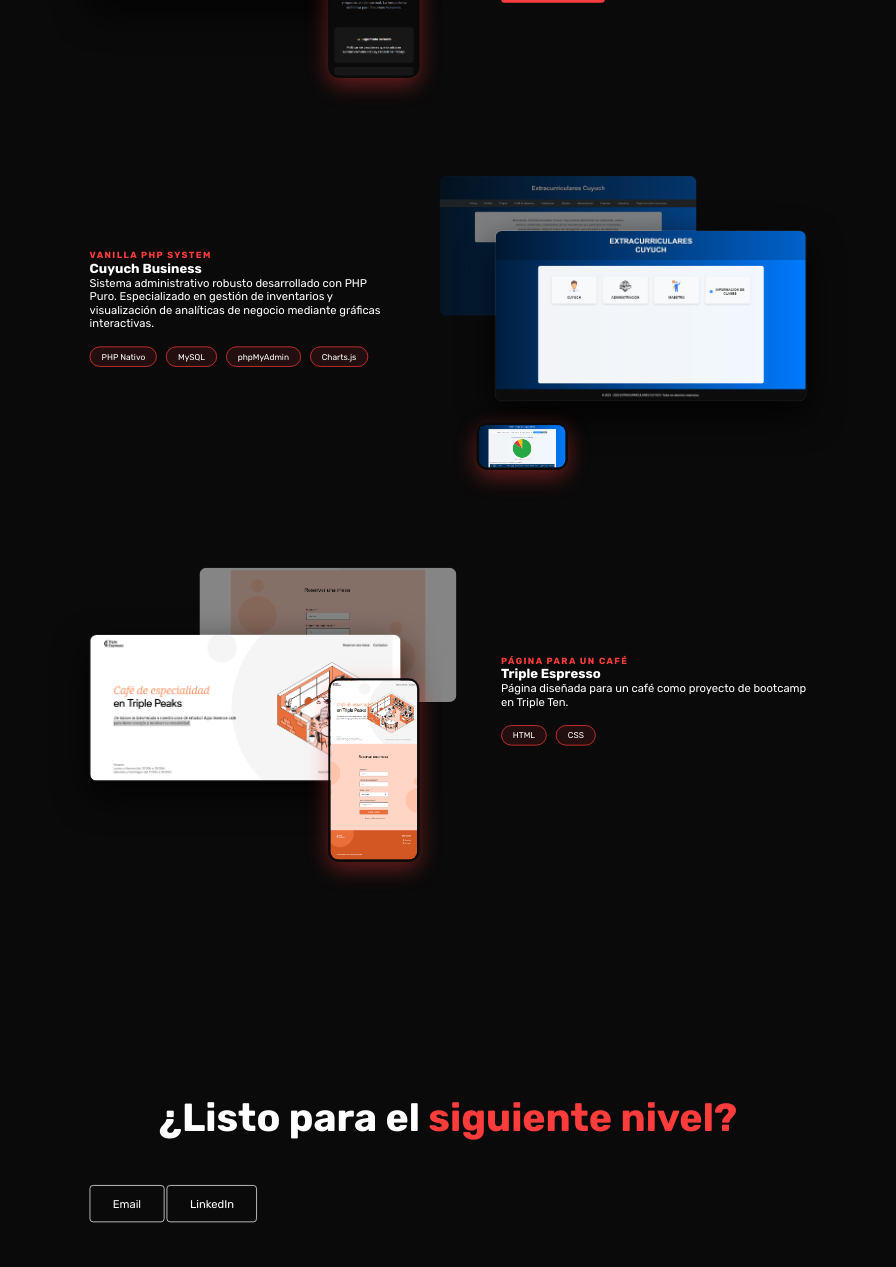
Repository: hercules830/Mi-portfolio-profesional
Page: index.html
The author's editor kept a copy of each file at every save. The page is drawn from the files as they stood at one save, then again after the next save.
The browser window is 1280 px wide. The pictures show the part of the page from y = 1800 to 3720 px (the page is 3610 px tall before and 3806 px after), at 70% of full size.
Some web fonts or font styles are not loaded; a fallback is used.

Above is the page before, as saved 2026-05-30 20:10:21.

After the next save:
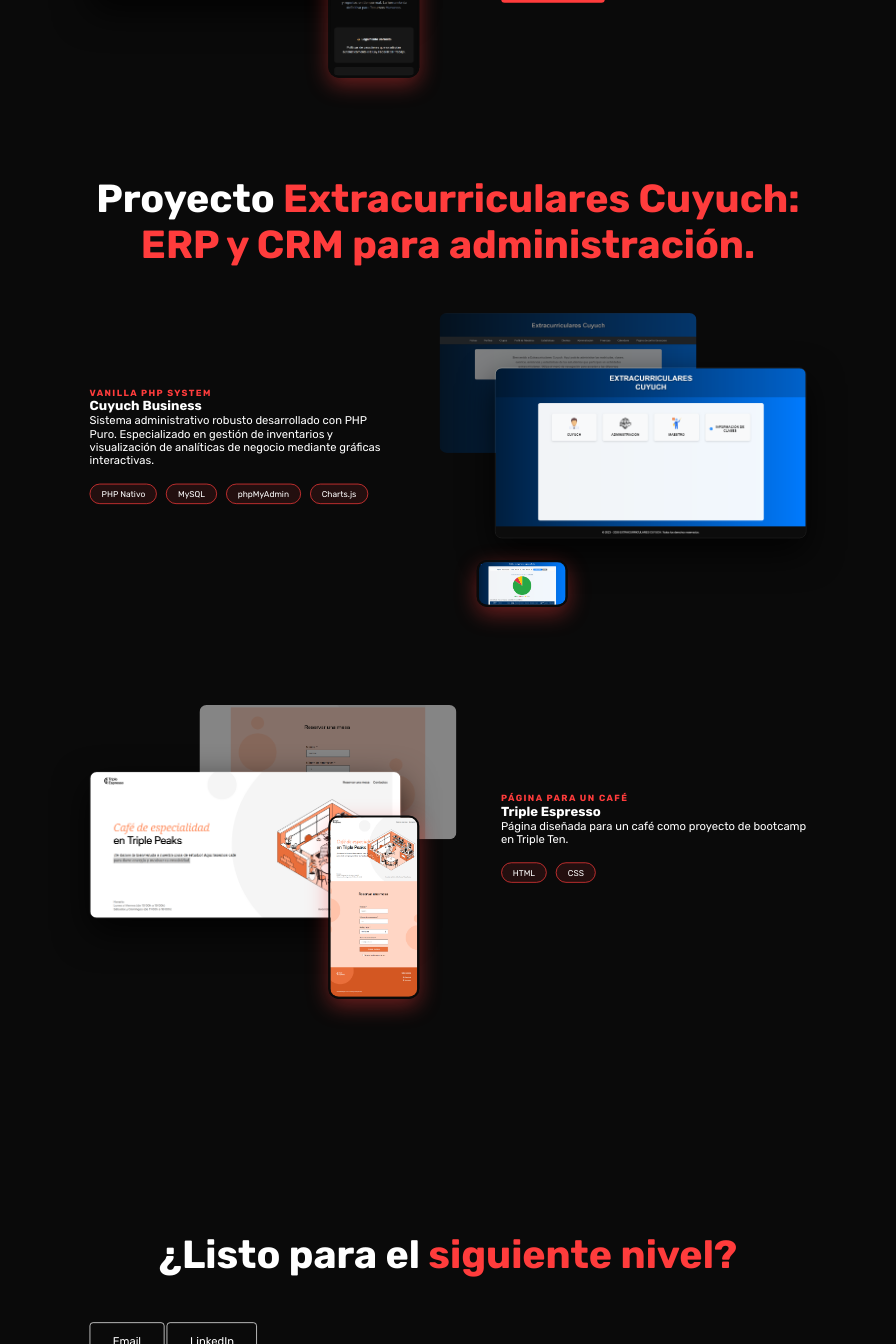
Saved 23 min 17 s later.
--- a/index.html
+++ b/index.html
@@ -99,6 +99,10 @@
         </div>
       </div>
 
+      <h2 class="section-title">
+        Proyecto
+        <span>Extracurriculares Cuyuch: ERP y CRM para administración.</span>
+      </h2>
       <!-- PROYECTO 2: CUYUCH (PHP Puro / Vanilla) -->
       <div class="featured-project reverse">
         <div class="featured-info">
